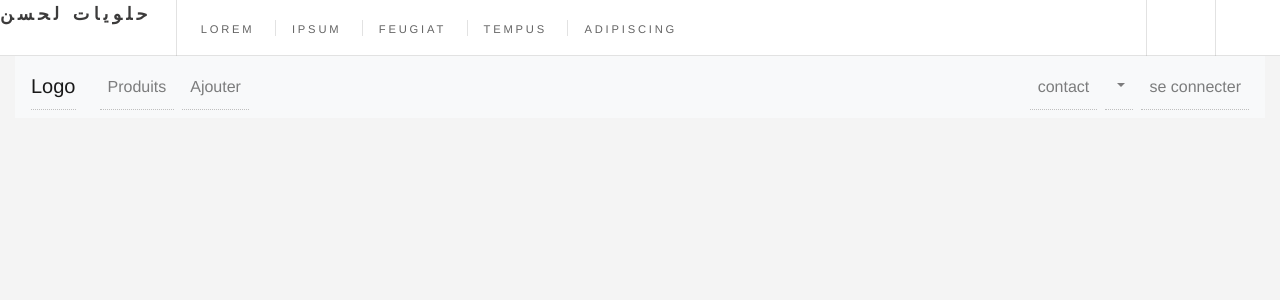
Repository: bouachibah/ProjetPatisserie
Page: http://localhost/template
These files come from the project's save history. The page is drawn as it stood at one moment and after the next save; the edit follows.
The browser window is 1280 px wide. The pictures show the whole page.
Some web libraries are served in a nearby version. The page is this project's Thymeleaf template; nobody is signed in. The template is opened directly, without the code that normally fills it, so the values that code supplies are empty.

Above is the page before, as saved 2021-03-16 07:50:28.
Console error: TypeError: Cannot read properties of undefined (reading 'fn')

After the next save:
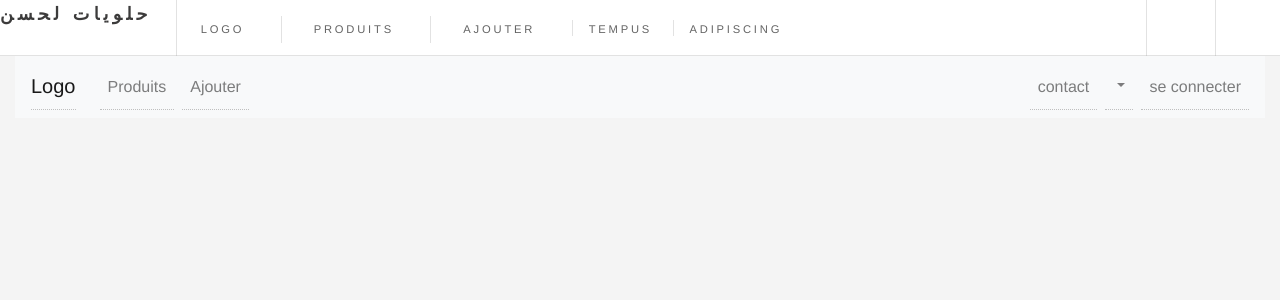
Saved 3 min 51 s later.
--- a/patesserie-app/src/main/resources/templates/template.html
+++ b/patesserie-app/src/main/resources/templates/template.html
@@ -62,9 +62,9 @@
 						<h2><a href="index.html">حلويات لحسن </a></h2>
 						<nav class="links">
 							<ul>
-								<li><a href="#">Lorem</a></li>
-								<li><a href="#">Ipsum</a></li>
-								<li><a href="#">Feugiat</a></li>
+								<li><a class="navbar-brand" th:href="@{/}">Logo</a></li>
+								<li><a class="nav-link" th:href="@{/product}">Produits</a></li>
+								<li><a class="nav-link" th:href="@{/formProduit}">Ajouter</a></li>
 								<li><a href="#">Tempus</a></li>
 								<li><a href="#">Adipiscing</a></li>
 							</ul>
